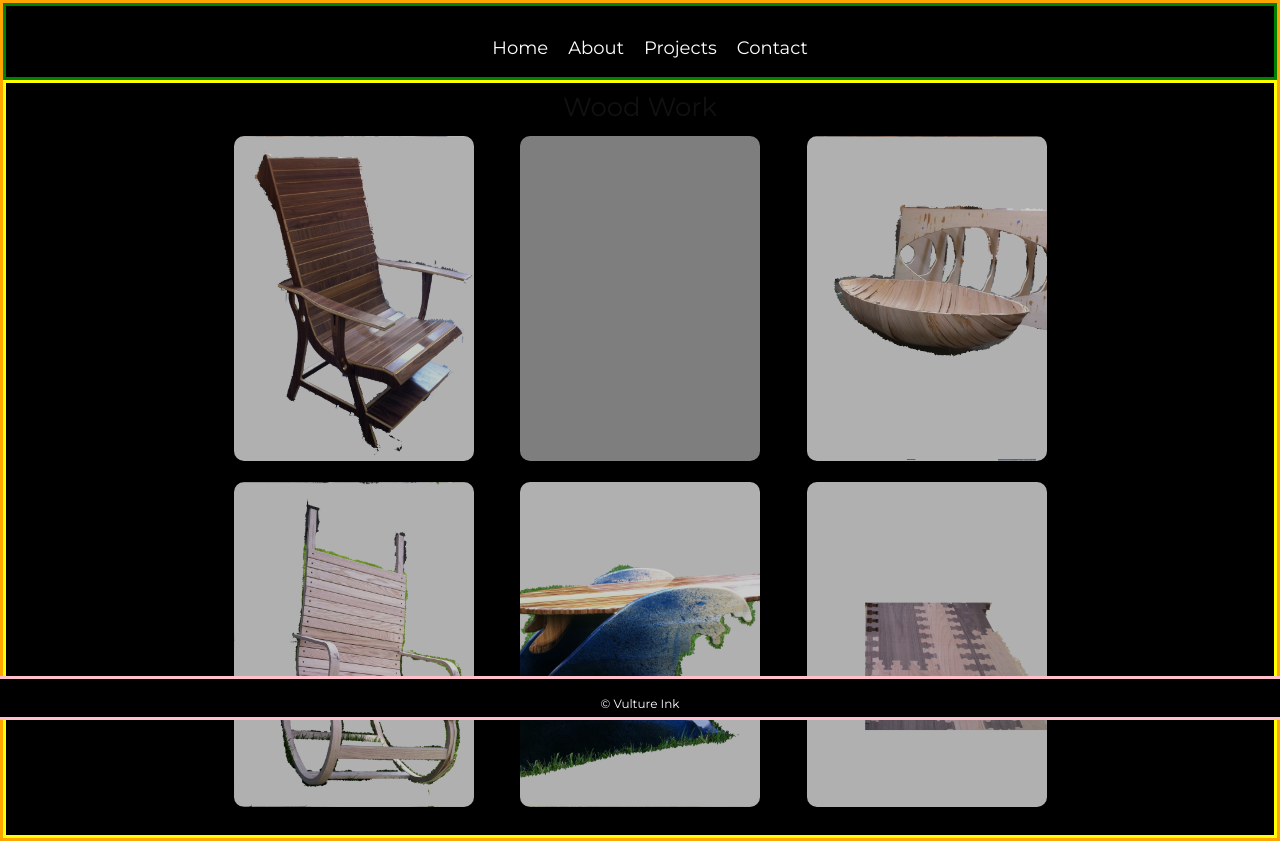
Repository: kaitlynMidori/anon_ink
Page: pages/Projects.html
These files come from the project's save history. The page is drawn as it stood at one moment and after the next save; the edit follows.
The browser window is 1280 px wide. The pictures show the whole page.
Pictures or frames that could not be fetched are drawn as grey boxes. Some web libraries are served in a nearby version.

Above is the page before, as saved 2021-09-08 18:06:22.

After the next save:
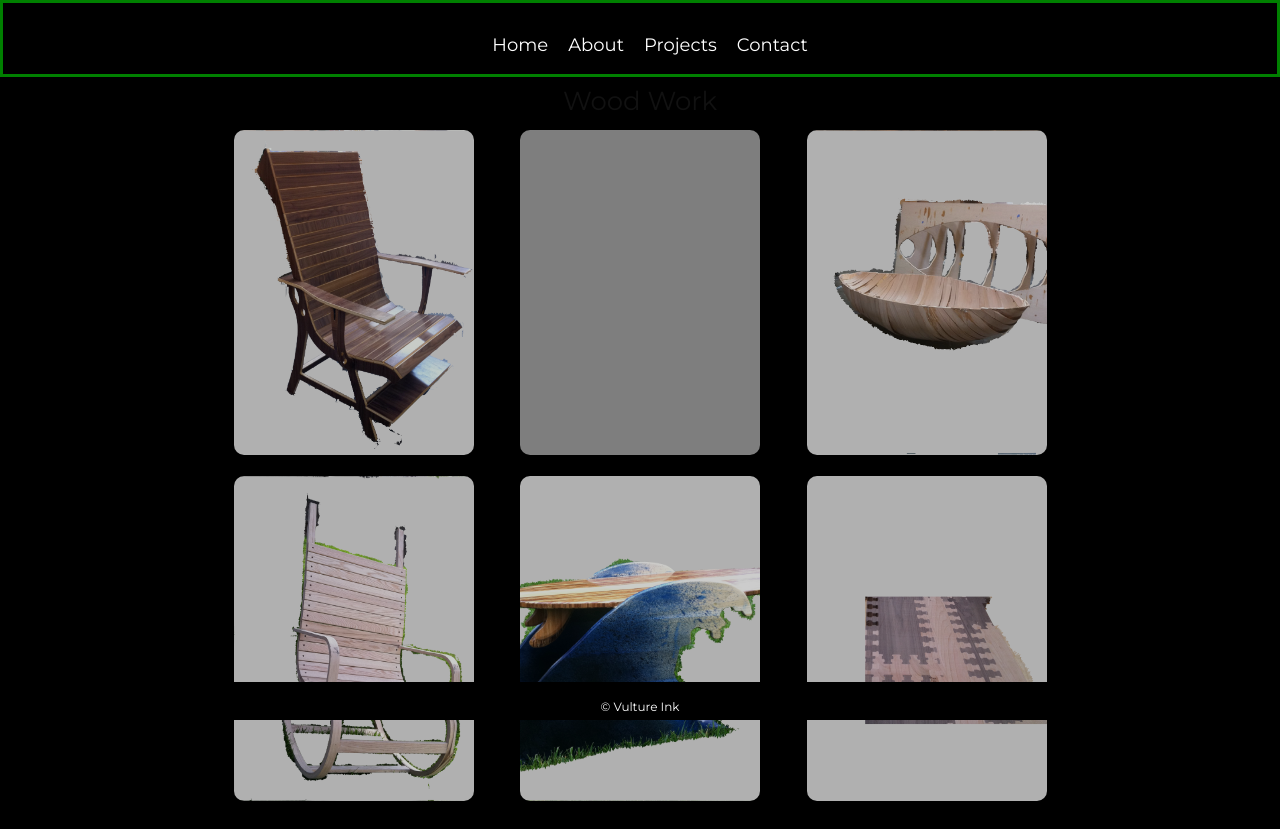
Saved 8 min 54 s later.
--- a/style.css
+++ b/style.css
@@ -1,7 +1,7 @@
 
 /***************** General ******************/
 body {
-    border: solid orange;
+    /* border: solid orange; */
     height: 100%;
     background-color: black;
     color: white;
@@ -48,7 +48,7 @@ body {
     justify-content: center;
     justify-items: center;
     text-align: center;
-    border: solid yellow;
+    /* border: solid yellow; */
     padding-top: 10px;
     padding-bottom: 10px;
   }
@@ -58,7 +58,7 @@ body {
     background-color: black;
     bottom: 0;
     width: 100%;
-    border: solid pink;
+    /* border: solid pink; */
   }
 
   /****************** Typography ******************/
